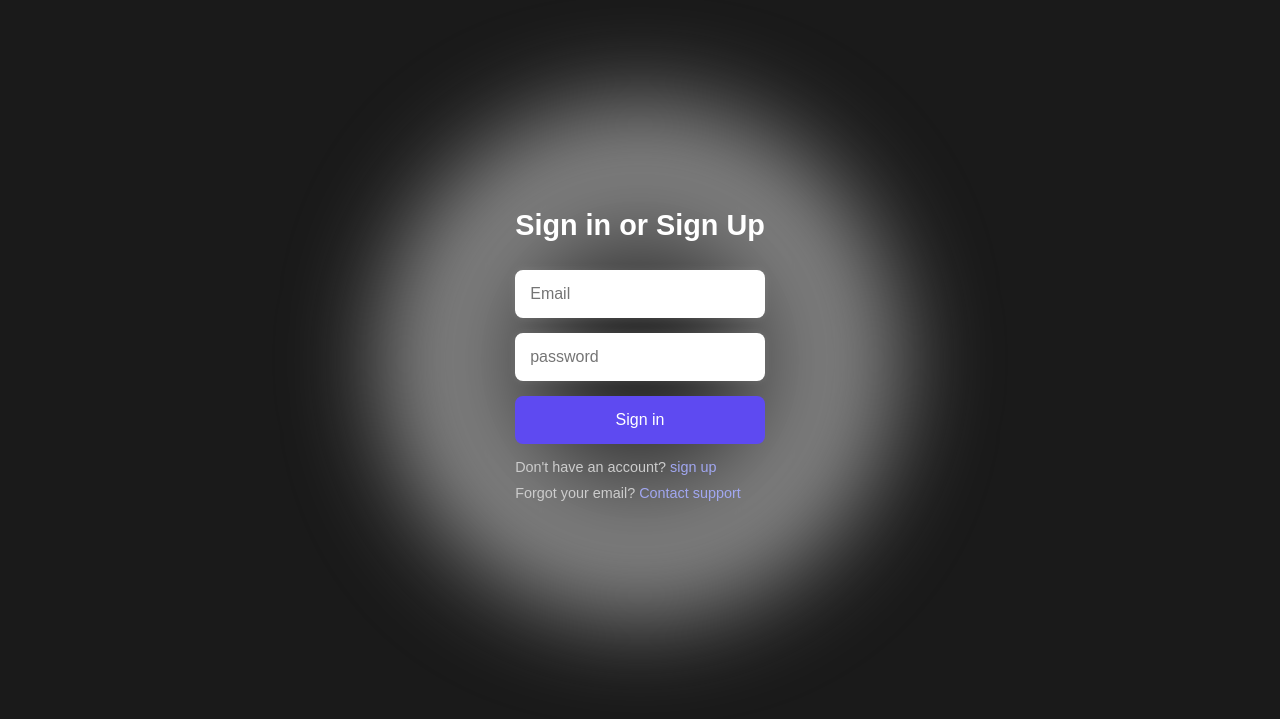
Repository: cmd-keyu/mobileppsh
Page: pages/login.html
The author's editor kept a copy of each file at every save. The page is drawn from the files as they stood at one save, then again after the next save.
The browser window is 1280 px wide. The pictures show the whole page.

Above is the page before, as saved 2024-11-12 00:15:30.

### pages/login.html
<!DOCTYPE html>
<html lang="en">
<head>
  <meta charset="UTF-8">
  <meta name="viewport" content="width=device-width, initial-scale=1.0">
  <title>Sign In Form</title>
  <link rel="stylesheet" href="../css/login.css">
  <script src="../javascript/login.js" defer></script>
</head>
<body>
  <div class="container">
    <div class="glow-box">
      <h2 style="color: white;">Sign in or Sign Up</h2>
      <br>
      <!-- <p>All that is required is only your email for sign-up or sign-in!!</p> -->
      <form action="account.html">
        <div class="sign-up">
            <input type="text" placeholder="name" class="disabled-btn">
            <br>
            <br>
            <input type="text" placeholder="address (Optional)">
            <br>
            </div>
        <input type="email" placeholder="Email" required>
        <input type="password" placeholder="password" required>
        <button type="submit" class="sign-in-btn-hide">Sign in</button>
        <button type="submit" class="sign-up-btn-hide">Sign up</button>
      </form>
      <div class="support">
        <p class="sign-up-text-hide">Don't have an account? <label for="sign-up-btn" class="colorsnup">sign up</label><button class="sign-up-btn hide-btn2" id="sign-up-btn">sign up</button></p>
        <p class="sign-in-text-hide">Already have an account? <label for="sign-in-btn" class="colorsnup">sign in</label><button class="sign-in-btn hide-btn2" id="sign-in-btn">sign in</button></p>
        <p>Forgot your email? <a href="#">Contact support</a></p>
      </div>
    </div>
  </div>
</body>
</html>

### css/login.css
* {
    margin: 0;
    padding: 0;
    box-sizing: border-box;
    font-family: Arial, sans-serif;
  }

  body {
    display: flex;
    justify-content: center;
    align-items: center;
    height: 100vh;
    background-color: #1a1a1a;
  }

  .container {
    display: flex;
    justify-content: center;
    align-items: center;
    height: 100%;
  }

  .glow-box::before {
    content: '';
    position: absolute;
    top: 50%;
    left: 50%;
    width: 500px;
    height: 500px;
    background: radial-gradient(circle, black, white);
    transform: translate(-50%, -50%);
    z-index: -1;
    border-radius: 50%;
    filter: blur(50px);
  }

  h2 {
    font-size: 1.8em;
    margin-bottom: 10px;
  }
  label:hover{

    text-decoration: underline;

  }

  p {
    margin-bottom: 10px;
    font-size: 0.9em;
    color: #ccc;
  }

  form {
    display: flex;
    flex-direction: column;
    gap: 15px;
  }

  input[type="email"] {
    padding: 15px;
    font-size: 1em;
    border: none;
    border-radius: 8px;
    outline: none;
    width: 100%;
    box-shadow: 0 0 8px rgba(255, 255, 255, 0.1);
  }
  input[type="password"] {
    padding: 15px;
    font-size: 1em;
    border: none;
    border-radius: 8px;
    outline: none;
    width: 100%;
    box-shadow: 0 0 8px rgba(255, 255, 255, 0.1);
  }

  input[type="text"] {
    padding: 15px;
    font-size: 1em;
    border: none;
    border-radius: 8px;
    outline: none;
    width: 100%;
    box-shadow: 0 0 8px rgba(255, 255, 255, 0.1);
  }

  button {
    padding: 15px;
    font-size: 1em;
    background-color: #5e4af1;
    color: #fff;
    border: none;
    border-radius: 8px;
    cursor: pointer;
    transition: background 0.3s;
  }

  button:hover {
    background-color: #4a3bdb;
  }

  .support {
    margin-top: 15px;
  }

  .support a {
    color: #a1a7f1;
    text-decoration: none;
  }

  .support a:hover {
    text-decoration: underline;
  }

  .sign-up{
    display: none;
  }

  .colorsnup{
    color: #a1a7f1;
  }

  .sign-up-btn-hide{
    display: none;
  }

  .hide-btn2{
    display: none;
  }

  .sign-in-text-hide{
    display: none;
  }

### javascript/login.js

const sign_up = document.querySelector('.sign-up')
const sign_up_btn = document.querySelector('.sign-up-btn')
const sign_in_btn = document.querySelector('.sign-in-btn')
const sign_in_btn_hide = document.querySelector('.sign-in-btn-hide')
const sign_up_btn_hide = document.querySelector('.sign-up-btn-hide')
const sign_in_text_hide = document.querySelector('.sign-in-text-hide')
const sign_up_text_hide = document.querySelector('.sign-up-text-hide')
const disabled_btn = document.querySelector('.disabled-btn')

sign_up_btn.addEventListener("click", () => {

  sign_up.style.display = 'block'
  sign_in_btn_hide.style.display = 'none'
  sign_up_btn_hide.style.display = 'block'
  sign_in_text_hide.style.display = 'block'
  sign_up_text_hide.style.display = 'none'
  disabled_btn.setAttribute('required', true)

})

sign_in_btn.addEventListener("click", () => {

  sign_up.style.display = 'none'
  sign_in_btn_hide.style.display = 'block'
  sign_up_btn_hide.style.display = 'none'
  sign_in_text_hide.style.display = 'none'
  sign_up_text_hide.style.display = 'block'
  disabled_btn.setAttribute('required', false)

})

After the next save:
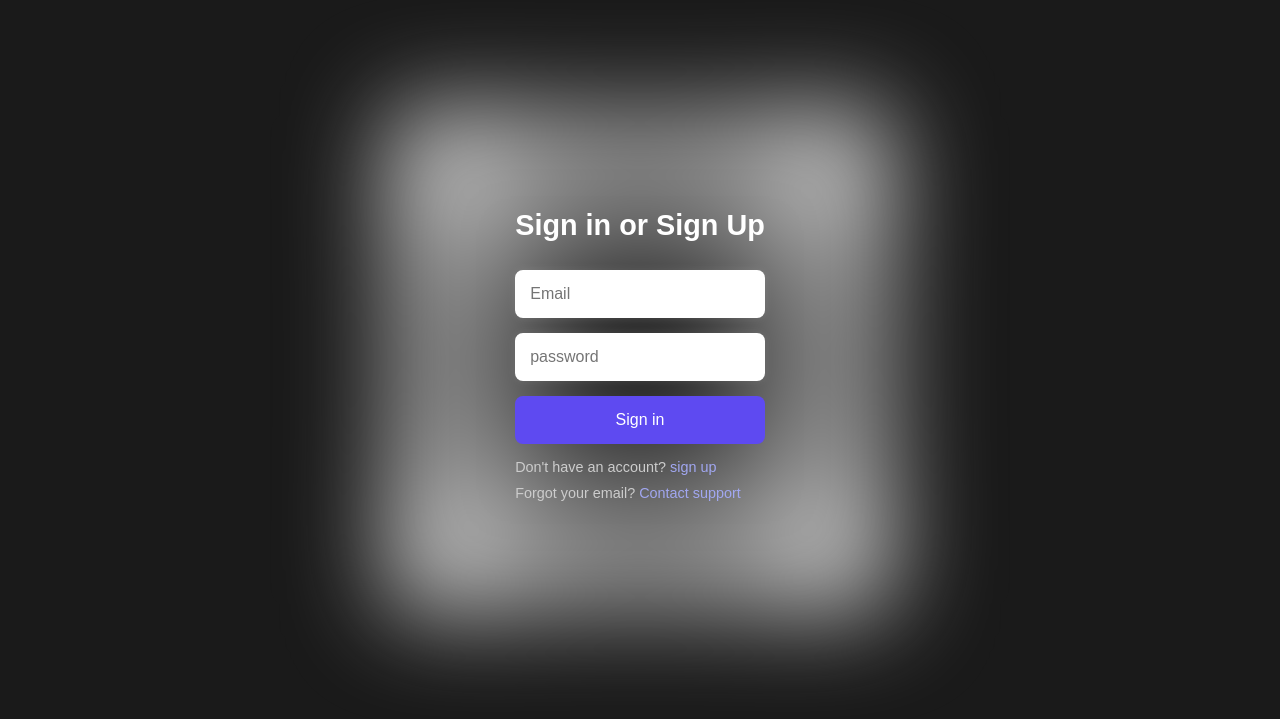
Saved 18 s later.
--- a/css/login.css
+++ b/css/login.css
@@ -30,7 +30,7 @@
     background: radial-gradient(circle, black, white);
     transform: translate(-50%, -50%);
     z-index: -1;
-    border-radius: 50%;
+    border-radius: 5%;
     filter: blur(50px);
   }
 

After the 3 saves that followed:
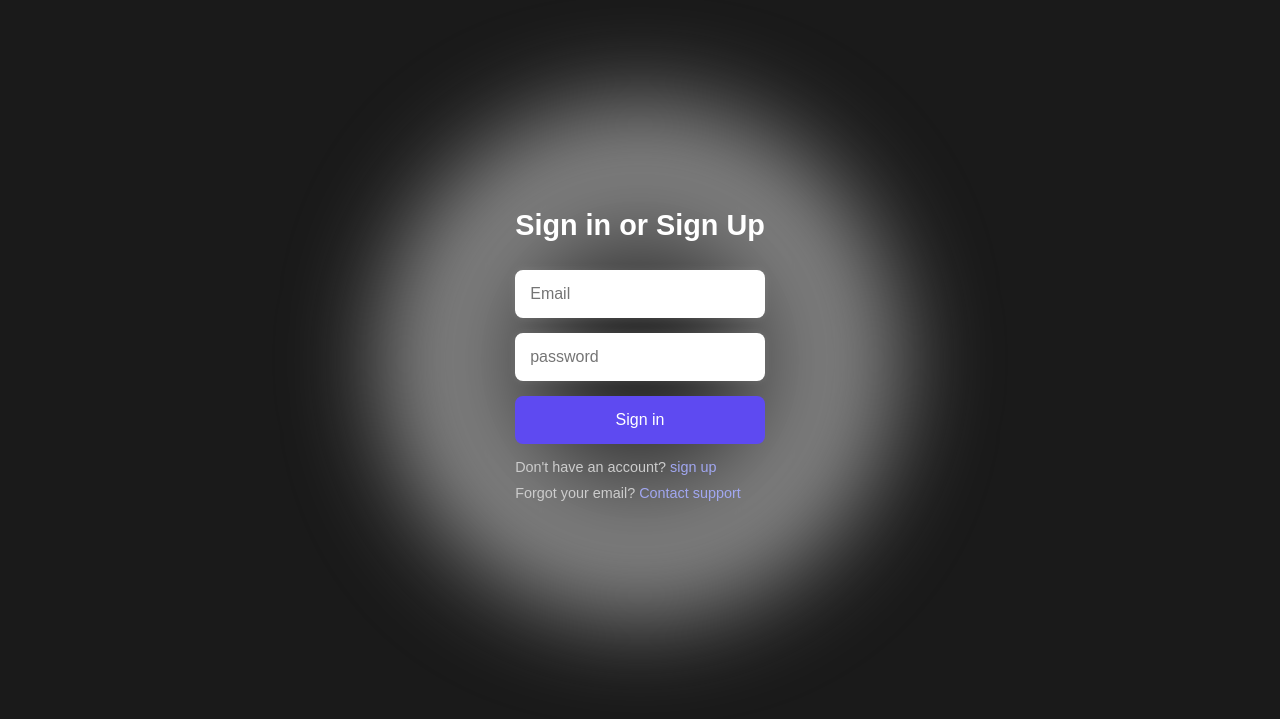
The 3 saves are shown as one change because they came seconds apart.
The last was saved 39 s later.
--- a/css/login.css
+++ b/css/login.css
@@ -30,7 +30,7 @@
     background: radial-gradient(circle, black, white);
     transform: translate(-50%, -50%);
     z-index: -1;
-    border-radius: 5%;
+    border-radius: 100%;
     filter: blur(50px);
   }
 
